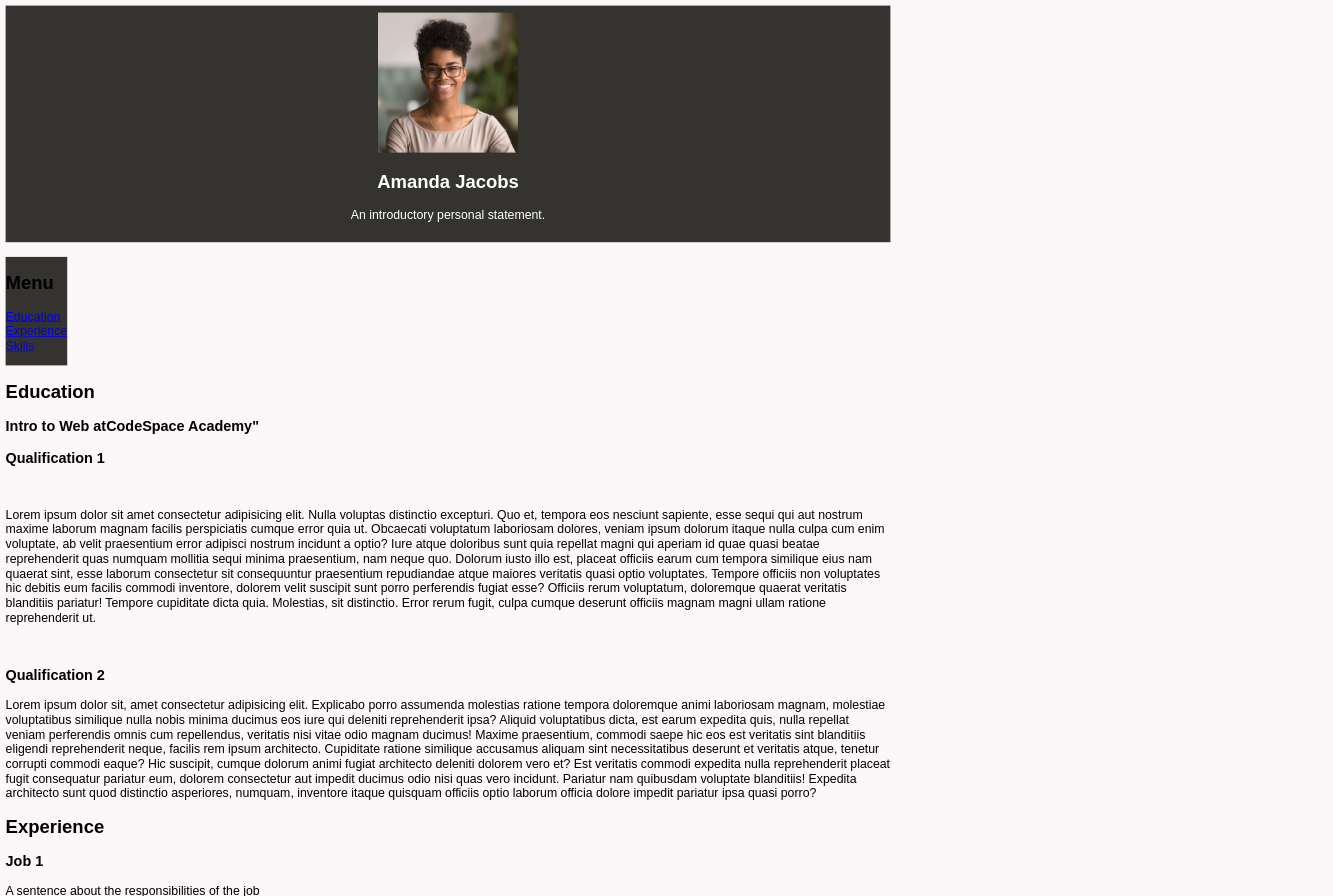
Repository: LeonardMhere/Resume-3
Page: resume `3/index.html
An editor plug-in stored every save of this project. The page is shown before and after the next save, followed by the edit.
The browser window is 1280 px wide. The page is 1280 px wide, then 1904 px, so the pictures cover 1904 px, including what lies to the right of the window. The pictures show the part of the page from y = 0 to 1280 px (the page is 1927 px tall), at 70% of full size.

Above is the page before, as saved 2023-03-23 09:28:36.

### resume `3/index.html
<!DOCTYPE html>
<html lang="en">
    <meta charset="UTF-8">
    <meta http-equiv="X-UA-Compatible" content="IE=edge">
    <meta name="viewport" content="width=device-width, initial-scale=1.0">
    <link rel="stylesheet" href="css/stylesheet.css">

<head>
    <title>Amanda Jacobs</title>
</head>

<body>


  <header id="heading">
 <aside>
   <img id="profilePhoto" src="./images/profilePhoto.jpeg" width="200px"
   alt="Error Thumbnail">

  <h1>Amanda Jacobs</h1>
  <p>An introductory personal statement.</p>

    </header>

    <br/>
<main>
  <section>
   <article>
     <div class="nav-menu">
      <nav>
        <h2>Menu</h2>

  <ul>
      <li><a href="education">Education</a></li>
      <li><a href="experience">Experience</a></li>
      <li><a href="skills">Skills</a></li>
      </div>
  </ul>
</nav>
</aside>



<div class="box-1">
  <h2 id="education">Education</h2>
  <h3>Intro to Web at<a href="http://codespace.co.za/"></a>CodeSpace Academy"</a></h3>



  <h3>Qualification 1</h3>
  <br/>
     <p>Lorem ipsum dolor sit amet consectetur adipisicing elit. Nulla voluptas distinctio excepturi.
       Quo et, tempora eos nesciunt sapiente, esse sequi qui aut nostrum maxime laborum magnam facilis perspiciatis cumque error quia ut. Obcaecati voluptatum laboriosam dolores, veniam ipsum dolorum itaque nulla culpa cum enim voluptate,
       ab velit praesentium error adipisci nostrum incidunt a optio? Iure atque doloribus sunt quia repellat magni qui aperiam id quae quasi beatae reprehenderit quas numquam mollitia sequi minima praesentium, nam neque quo. Dolorum iusto illo est, placeat officiis earum cum tempora similique eius nam quaerat sint, esse laborum consectetur sit consequuntur praesentium repudiandae atque maiores veritatis quasi optio voluptates. Tempore officiis non voluptates hic debitis eum facilis commodi inventore, dolorem velit suscipit sunt porro perferendis fugiat esse? Officiis rerum voluptatum, doloremque quaerat veritatis blanditiis pariatur! Tempore cupiditate dicta quia. Molestias, sit distinctio. Error rerum fugit, culpa cumque deserunt officiis magnam magni ullam ratione reprehenderit ut.
      </p>
    </div>
      <br/>

  <div class="box-2">
   <h3>Qualification 2</h3>

      <p>
        Lorem ipsum dolor sit, amet consectetur adipisicing elit. Explicabo porro assumenda molestias ratione tempora doloremque animi laboriosam magnam, molestiae voluptatibus similique nulla nobis minima ducimus eos iure qui deleniti reprehenderit ipsa? Aliquid voluptatibus dicta, est earum expedita quis, nulla repellat veniam perferendis omnis cum repellendus, veritatis nisi vitae odio magnam ducimus! Maxime praesentium, commodi saepe hic eos est veritatis sint blanditiis eligendi reprehenderit neque, facilis rem ipsum architecto. Cupiditate ratione similique accusamus aliquam sint necessitatibus deserunt et veritatis atque, tenetur corrupti commodi eaque? Hic suscipit, cumque dolorum animi fugiat architecto deleniti dolorem vero et? Est veritatis commodi expedita nulla reprehenderit placeat fugit consequatur pariatur eum, dolorem consectetur aut impedit ducimus odio nisi quas vero incidunt. Pariatur nam quibusdam voluptate blanditiis! Expedita architecto sunt quod distinctio asperiores, numquam, inventore itaque quisquam officiis optio laborum officia dolore impedit pariatur ipsa quasi porro?
      </p>
    </div>


    <h2 id="experience">Experience</h2>

    <h3>Job 1</h3>
    <p>
        <ul>
            <li>A sentence about the responsibilities of the job</li>
            <li>A sentence about the responsibilities of the job</li>
            <li>A sentence about the responsibilities of the job</li>
            <li>A sentence about the responsibilities of the job</li>
        </ul>
    </p>



    <h2>Job 2</h2>

     <p>
        <ul>
            <li>A sentence about the responsibilities of the job</li>
            <li>A sentence about the responsibilities of the job</li>
            <li>A sentence about the responsibilities of the job</li>
            <li>A sentence about the responsibilities of the job</li>
        </ul>
     </p>



      <h2 id="skills">Skills</h2>

<ul>
  <li><a href="#education">Education</a></li>
  <li><a href="#experience">Experience</a></li>
  <li><a href="#Skills">Skills</a></li>
</ul>
</p>

<h2>Contact Details</h2>
<p><a href="http://linkedin.com">LinkedIn</a>

    </section>
  </article>
</main>








<footer>
    <h3>Contact Details</h3>
    <ul>
       <a href="http://linkedin.com" target="_blank">
           <img class="icons" src="images/linkedinIcon.png"
           alt="Amanda Jacobs Linkedin"
           width="100px">

       </a>

       <a href="//http://gmail.com" target="_blank">
        <img class="icons" src="images/gmailIcon.png"
        alt="Amanda Jacobs Gmail"
        width="100px">
       </a>

       <a href="//http://facebook.com" target="_blank">
        <img class="icons" src="images/facebookIcon.png"
        alt="Amanda Jacobs facebook Account"
        width="100px">
       </a>
</ul>
</footer>











</body>
</html>

### resume `3/css/stylesheet.css
*{
  box-sizing: border-box;
  padding: 0;

}

body{
  font-family: sans-serif;
  font-size:110%;
  background-color: #FCF7F8;
}

header {
  text-align: center;
  background-color: #343330;
  color: white;
  padding: 10px 0 10px ;
}



.nav-menu{
    background-color:#343330;
    width: fit-content;
    overflow: auto;
    background-color:
}

ul {
  list-style: none;
  margin-left: 0%;
}





footer {
  background-color: #343330;
  text-align: center;
}

After the next save:
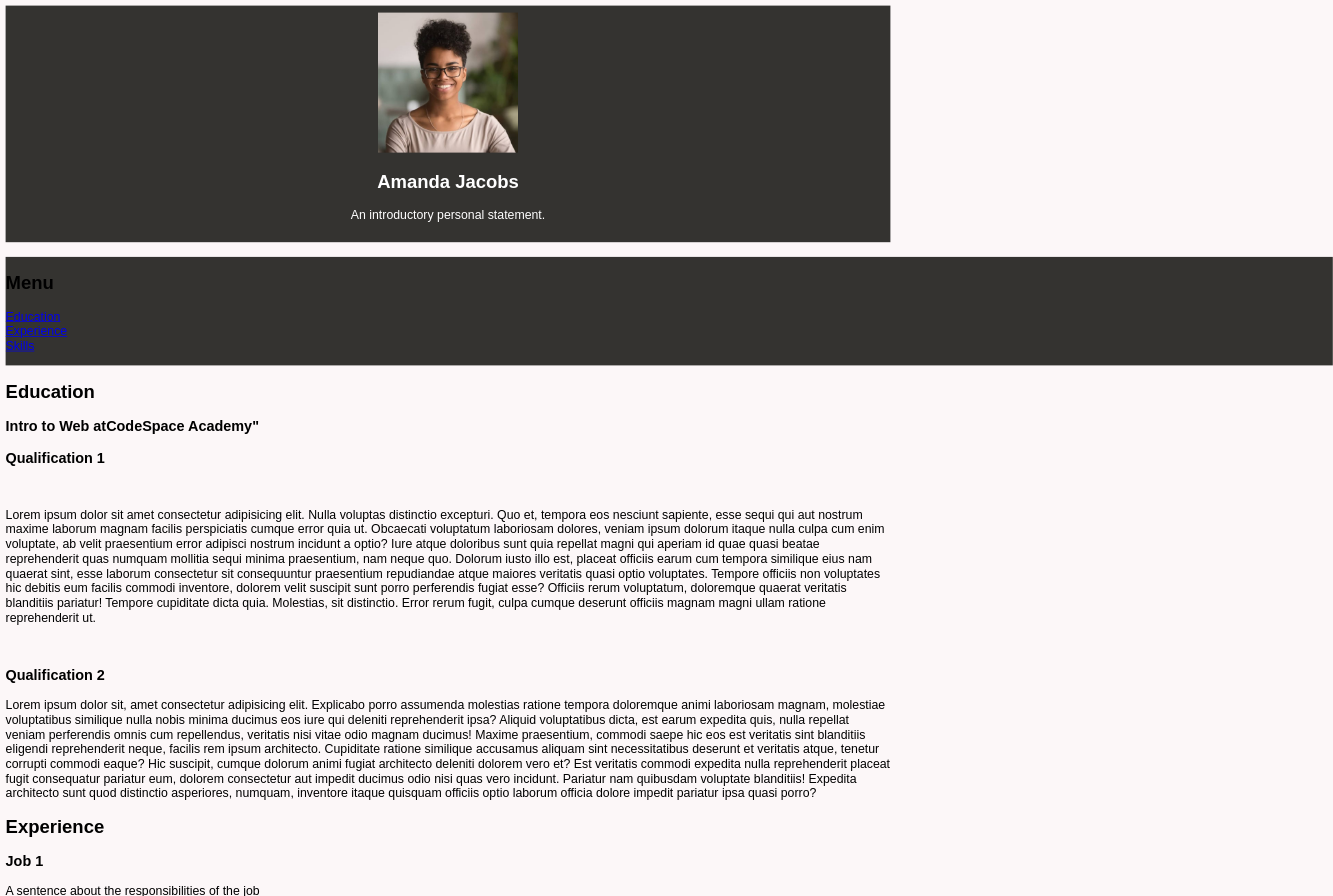
Saved 8 min 16 s later.
--- a/resume `3/css/stylesheet.css
+++ b/resume `3/css/stylesheet.css
@@ -21,7 +21,7 @@ header {
 
 .nav-menu{
     background-color:#343330;
-    width: fit-content;
+    width: 150%;
     overflow: auto;
     background-color:
 }
